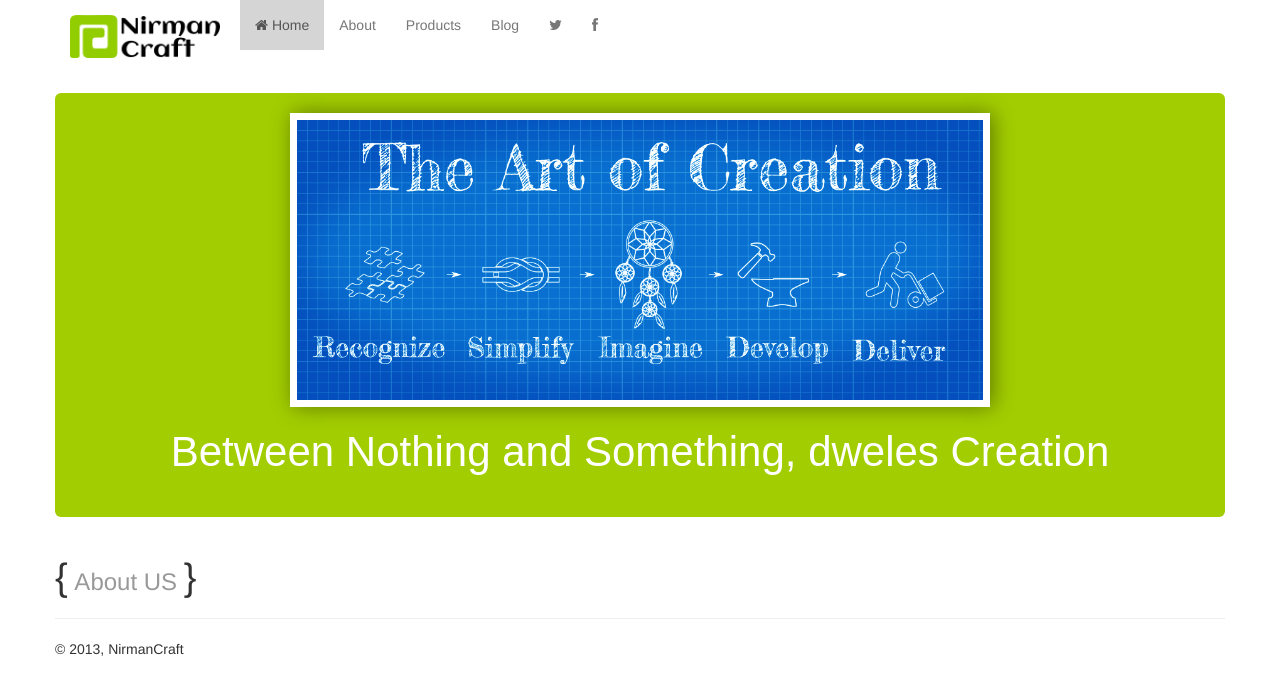
Repository: MeShreyas/NirmanCraftWebsite
Page: NirmanCraft/index.html
The author's editor kept a copy of each file at every save. The page is drawn from the files as they stood at one save, then again after the next save.
The browser window is 1280 px wide. The pictures show the whole page.
Some web fonts or font styles are not loaded; a fallback is used.

Above is the page before, as saved 2013-10-07 12:19:08.
Console error: ReferenceError: jQuery is not defined

### NirmanCraft/index.html
<!DOCTYPE html>
<html lang="en">
	<head>
		<meta charset="utf-8">

		<!-- Always force latest IE rendering engine (even in intranet) & Chrome Frame
		Remove this if you use the .htaccess -->
		<meta http-equiv="X-UA-Compatible" content="IE=edge,chrome=1">

		<title>Nirman Craft</title>
		<meta name="description" content="">
		<meta name="author" content="Shreyas">

		<meta name="viewport" content="width=device-width; initial-scale=1.0">

		<!-- Replace favicon.ico & apple-touch-icon.png in the root of your domain and delete these references -->
		<link rel="shortcut icon" href="/favicon.ico">
		<link rel="stylesheet" href="css/bootstrap.min.css">
		<link rel="apple-touch-icon" href="/apple-touch-icon.png">
		<link rel="stylesheet" href="font-awesome/css/font-awesome.min.css"/>
	</head>

	<body>
		<div class="container">
			<header role="banner" class="navbar" style="background-color: #FFFFFF">
				<div class="container">
					<div class="navbar-header">
						<a class="navbar-brand" href="../"><img src="images/nclogo.png" width="150px"/></a>
					</div>
					<div>
						<ul class="nav navbar-nav container" >
							<li class="active">
								<a href="../getting-started"><i class="icon-home"></i>&nbsp;Home</a>
							</li>
							<li>
								<a href="../css">About</a>
							</li>
							<li>
								<a href="../components">Products</a>
							</li>
							<li>
								<a href="../javascript">Blog</a>
							</li>
							<li>
								<a href="../customize"><i class="icon-twitter"></i></a>
							</li>
							<li>
								<a href="../customize"><i class="icon-facebook"></i></a>
							</li>
						</ul>
					</div>
				</div>
			</header>
			<style type="text/css">
				.title-text {
					font-family: 'Strait', sans-serif;
					font-size: 2em;
					color: #FFFFFF;
				}
			</style>
			<div class="jumbotron" style="padding:20px 0px;margin-top:0px;background-color: #A2CD00">
				<div class="container title-text">
					<center>
						<img src="images/finalbanner.png" width="700px" style="border:7px solid #FFFFFF;box-shadow: 3px 0px 20px rgba(0,0,0,0.4)"/>
						<br/>
						Between Nothing and Something, dweles Creation
					</center>
				</div>
			</div>
			<div class="page-header">
				<h1>{<small>&nbsp;About US&nbsp;</small>}</h1>
			</div>

			<footer>
				<p>
					&copy; 2013, NirmanCraft
				</p>
			</footer>
		</div>
		<script src="js/bootstrap.min.js" type="text/javascript" charset="utf-8"></script>
		<link href='http://fonts.googleapis.com/css?family=Strait' rel='stylesheet' type='text/css'>
	</body>
</html>

Loaded but not shown: NirmanCraft/css/bootstrap.min.css (library); NirmanCraft/font-awesome/css/font-awesome.min.css (library); NirmanCraft/js/bootstrap.min.js (library)

After the next save:
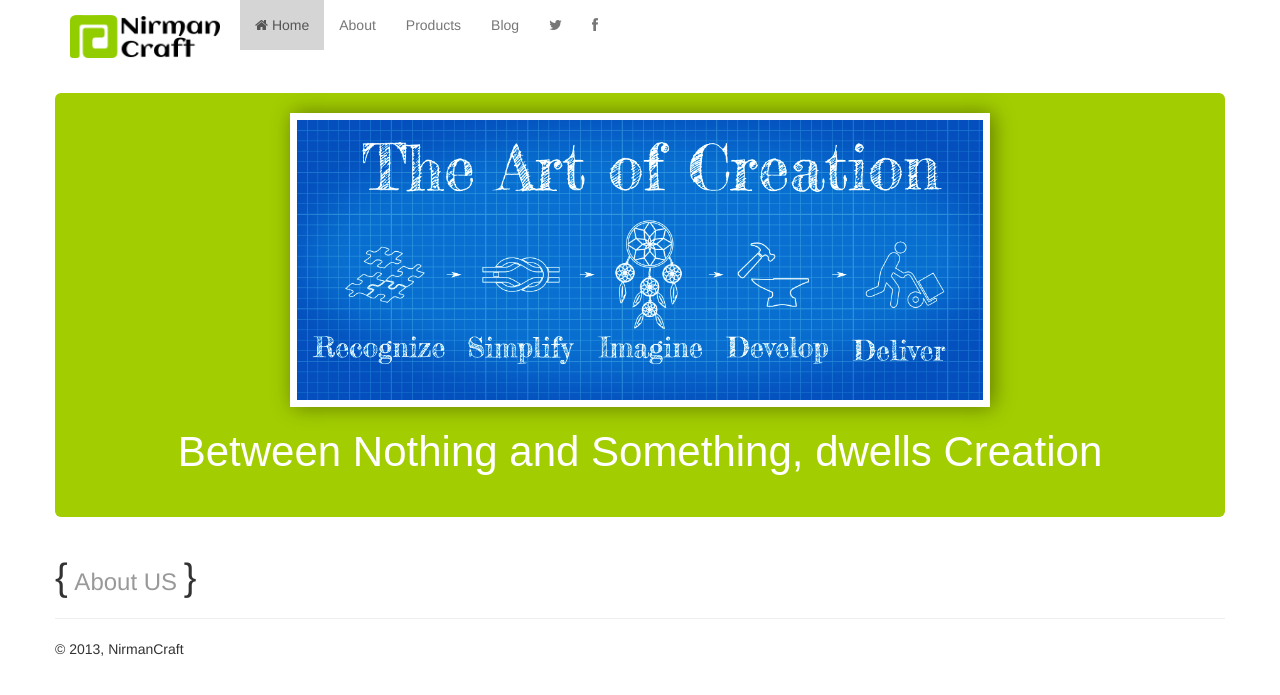
Saved 93 s later.
--- a/NirmanCraft/index.html
+++ b/NirmanCraft/index.html
@@ -63,7 +63,7 @@
 					<center>
 						<img src="images/finalbanner.png" width="700px" style="border:7px solid #FFFFFF;box-shadow: 3px 0px 20px rgba(0,0,0,0.4)"/>
 						<br/>
-						Between Nothing and Something, dweles Creation
+						Between Nothing and Something, dwells Creation
 					</center>
 				</div>
 			</div>
